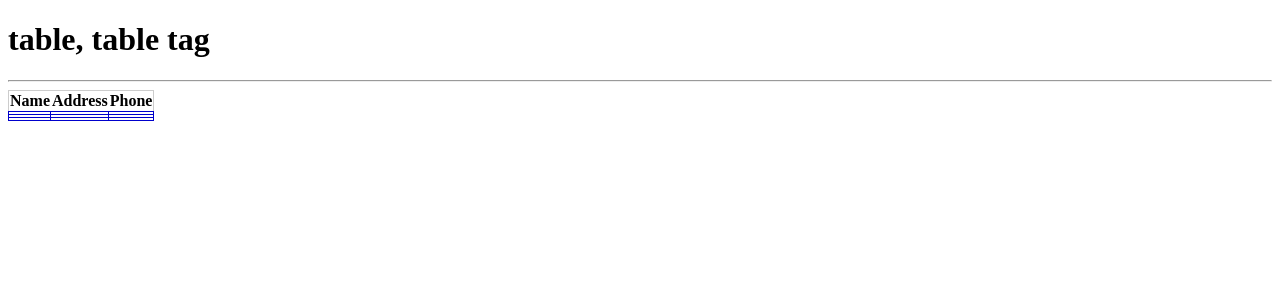
Repository: jihoonys82/weblec
Page: Front/WebContent/Ex01_HTML_tag/tagEx_06.html
An editor plug-in stored every save of this project. The page is shown before and after the next save, followed by the edit.
The browser window is 1280 px wide. The pictures show the whole page.

Above is the page before, as saved 2018-07-23 11:24:51.

### Front/WebContent/Ex01_HTML_tag/tagEx_06.html
<!DOCTYPE html>
<html>
<head>
<meta charset="UTF-8">
<title>Insert title here</title>

<style type="text/css"> /* stylesheet, CSS */
table { /* Table outside square */
	border: 1px solid #ccc;

	/* 테두리 겹치는 부분을 하나로 */
	border-collapse: collapse;
}

td { /* each table data cell */
	border: 1px solid #00C;
 }

</style>

</head>
<body>

<div>
	<h1>table, table tag</h1>
	<hr>

	<table>
		<thead> <!-- 제목 -->
			<tr>
				<th>Name</th>
				<th>Address</th>
				<th>Phone</th>
			</tr>
		</thead>
		<tbody> <!-- 내용 -->
			<tr>
				<td></td>
				<td></td>
				<td></td>
			</tr>
			<tr>
				<td></td>
				<td></td>
				<td></td>

			</tr>
			<tr>
				<td></td>
				<td></td>
				<td></td>

			</tr>
		</tbody>
		<tfoot> <!--  -->

		</tfoot>

	</table>



</div>
</body>
</html>

After the next save:
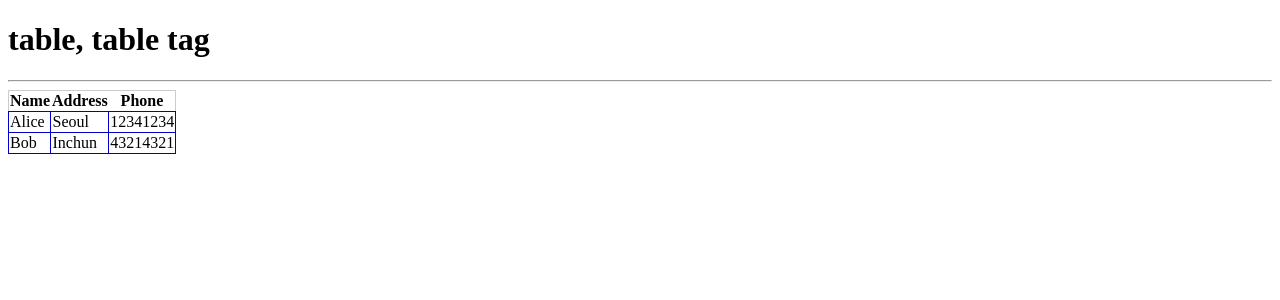
Saved 47 s later.
--- a/Front/WebContent/Ex01_HTML_tag/tagEx_06.html
+++ b/Front/WebContent/Ex01_HTML_tag/tagEx_06.html
@@ -35,20 +35,14 @@ td { /* each table data cell */
 		</thead>
 		<tbody> <!-- 내용 -->
 			<tr>
-				<td></td>
-				<td></td>
-				<td></td>
+				<td>Alice</td>
+				<td>Seoul</td>
+				<td>12341234</td>
 			</tr>
 			<tr>
-				<td></td>
-				<td></td>
-				<td></td>
-
-			</tr>
-			<tr>
-				<td></td>
-				<td></td>
-				<td></td>
+				<td>Bob</td>
+				<td>Inchun</td>
+				<td>43214321</td>
 
 			</tr>
 		</tbody>
